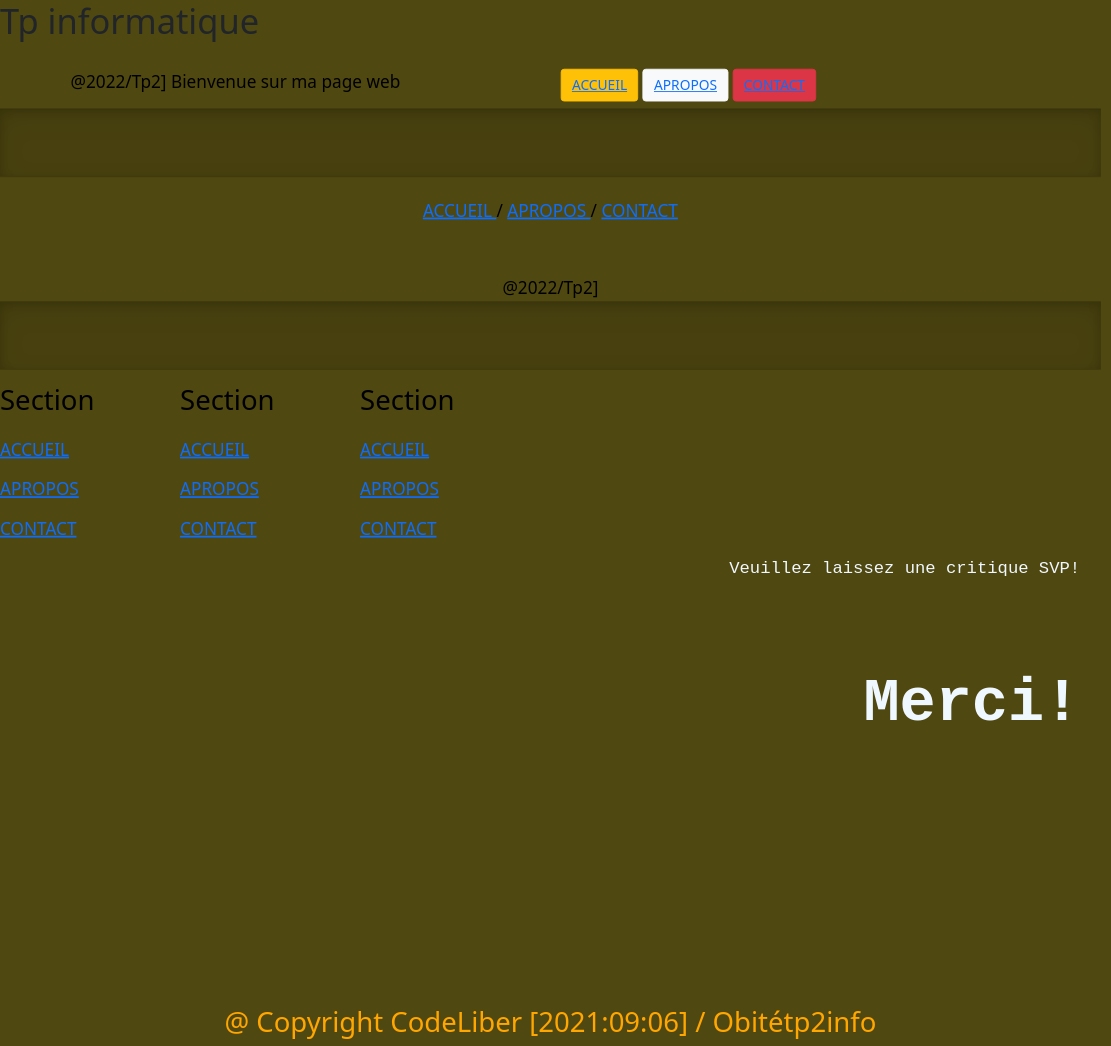
Repository: zezesylvain/cours-l3-info-2023-2024
Page: k.obite/Tp 2/Tp2/Index.html
An editor plug-in stored every save of this project. The page is shown before and after a run of saves, followed by the edit.
The browser window is 1280 px wide. The page is 1292 px wide, so the pictures cover 1292 px, including what lies to the right of the window. The pictures show the part of the page from y = 200 to 1446 px (the page is 1416 px tall before and 1446 px after), at 86% of full size.

Above is the page before, as saved 2021-12-15 11:20:14.

### k.obite/Tp 2/Tp2/Index.html
<!doctype html>
<html lang="en">
  <head>
    <!-- Required meta tags -->
    <meta charset="utf-8">
    <meta name="viewport" content="width=device-width, initial-scale=1">

    <!-- Bootstrap CSS -->
    <link href="https://cdn.jsdelivr.net/npm/bootstrap@5.1.3/dist/css/bootstrap.min.css" rel="stylesheet" integrity="sha384-1BmE4kWBq78iYhFldvKuhfTAU6auU8tT94WrHftjDbrCEXSU1oBoqyl2QvZ6jIW3" crossorigin="anonymous">
    <link rel="stylesheet" href="style.css">

    <title>Tp2, programmation, web</title>
  </head>

      <img  id="photo0" src="img10.png">
       <h1> Tp informatique </h1>


    <nav>

    </nav>

  <body>

 <br>


    <div class="container">
      <div class="row">
        <div class="col-md-6">
          <p>@2022/Tp2] Bienvenue sur ma page web</p>
        </div>
             <div class="col-md-6">
                <button type="button" class="btn btn-warning"> <a href="index.html"> ACCUEIL </a>  </button>
                <button type="button" class="btn btn-light"> <a href="about.html"> APROPOS </a> </button>
                <button type="button" class="btn btn-danger"> <a href="contact.html">  CONTACT </a></button>
             </div>
      </div>
    </div>

    <div id="vide"> </div>

<br>


    <div class="container">
       <div class="row"> <br>

<br>
<br>
         <div  class="col-md-12" id="fichier11">
           <a href="index.html"> ACCUEIL </a> /
           <a href="about.html"> APROPOS </a> /
           <a href="contact.html">  CONTACT </a>
         </div>
         <div id="deco" class="col-md-12">
            @2022/Tp2]
         </div>
        </div>
      </div>


     <div id="vide"> </div>

      <div class="row">

    <br>

         <div class="row">

         <p  class="col-md-6" id="fichier111">

           <div class="row">
          <h2 class="col-md-2"> Section </h2>
          <h2 class="col-md-2"> Section </h2>
          <h2 class="col-md-2"> Section </h2>

        </div>
        </p>

         <p class="row">

          <a class="col-md-2" href="index.html"> ACCUEIL  </a>
         <a  class="col-md-2" href="Index.html"> ACCUEIL </a>
         <a class="col-md-2" href="Index.html"> ACCUEIL </a>
         </p>

         <p class="row">

         <a class="col-md-2" href="about.html">  APROPOS  </a>
         <a class="col-md-2" href="Index.html"> APROPOS </a>
         <a class="col-md-2" href="Index.html"> APROPOS </a>
         </p>

         <p class="row">

         <a class="col-md-2" href="contact.html"> CONTACT  </a>
         <a class="col-md-2" href="Index.html"> CONTACT </a>
         <a class="col-md-2" href="Index.html"> CONTACT </a>
         </p>

         <p id="deco2" class="col-md-12"> Veuillez laissez une critique SVP!
           <br>
           <br>
           <br>
           <br>

          <b id="merci"> Merci!</b>

        </p>

         </p>


     <br>
     <br>
     <br>


        </div>

        </div>

        <br>
        <br>
        <br>
        <br>
        <br>
        <br>
        <br>
        <br>


        <footer>
          <h2 id="copy"> @ Copyright CodeLiber [2021:09:06] / Obitétp2info </h2>
       </footer>






    <!-- Optional JavaScript; choose one of the two! -->

    <!-- Option 1: Bootstrap Bundle with Popper -->
    <script src="https://cdn.jsdelivr.net/npm/bootstrap@5.1.3/dist/js/bootstrap.bundle.min.js" integrity="sha384-ka7Sk0Gln4gmtz2MlQnikT1wXgYsOg+OMhuP+IlRH9sENBO0LRn5q+8nbTov4+1p" crossorigin="anonymous"></script>

    <!-- Option 2: Separate Popper and Bootstrap JS -->
    <!--
    <script src="https://cdn.jsdelivr.net/npm/@popperjs/core@2.10.2/dist/umd/popper.min.js" integrity="sha384-7+zCNj/IqJ95wo16oMtfsKbZ9ccEh31eOz1HGyDuCQ6wgnyJNSYdrPa03rtR1zdB" crossorigin="anonymous"></script>
    <script src="https://cdn.jsdelivr.net/npm/bootstrap@5.1.3/dist/js/bootstrap.min.js" integrity="sha384-QJHtvGhmr9XOIpI6YVutG+2QOK9T+ZnN4kzFN1RtK3zEFEIsxhlmWl5/YESvpZ13" crossorigin="anonymous"></script>
    -->
  </body>
</html>

### k.obite/Tp 2/Tp2/style.css

#copy{

    color: rgb(255, 166, 00);
    text-align: center;
}

body{

    background-color:rgb(80, 72, 17)

}




#photo0{

    width: 100%;
    height: 200px;

}



#fichier1{

    font-size: 40px;
    text-align: right;
    color: aliceblue

}

div{


    border: 2px;
    text-align: left;
    font-size: 20px;
    color: black;

}

#vide{

    height: 5rem;
    background-color: rgba(0, 0, 0, 0.1);
    border: solid rgba(0, 0, 0, 0.15);
    border-width: 1px 0;
    box-shadow: inset 0 .5em 1.5em rgba(0, 0, 0, .1), inset 0 .125em .5em rgba(0, 0, 0, .15);
}

#deco{

    text-align: center;
}

#fichier11{

    text-align: center;
}

#deco2{

    color:aliceblue;
    font-family: 'Courier New', Courier, monospace;
    text-align: right;
}

#merci{
    font-size: 70px;
}

#msg{



}

After the next 3 saves:
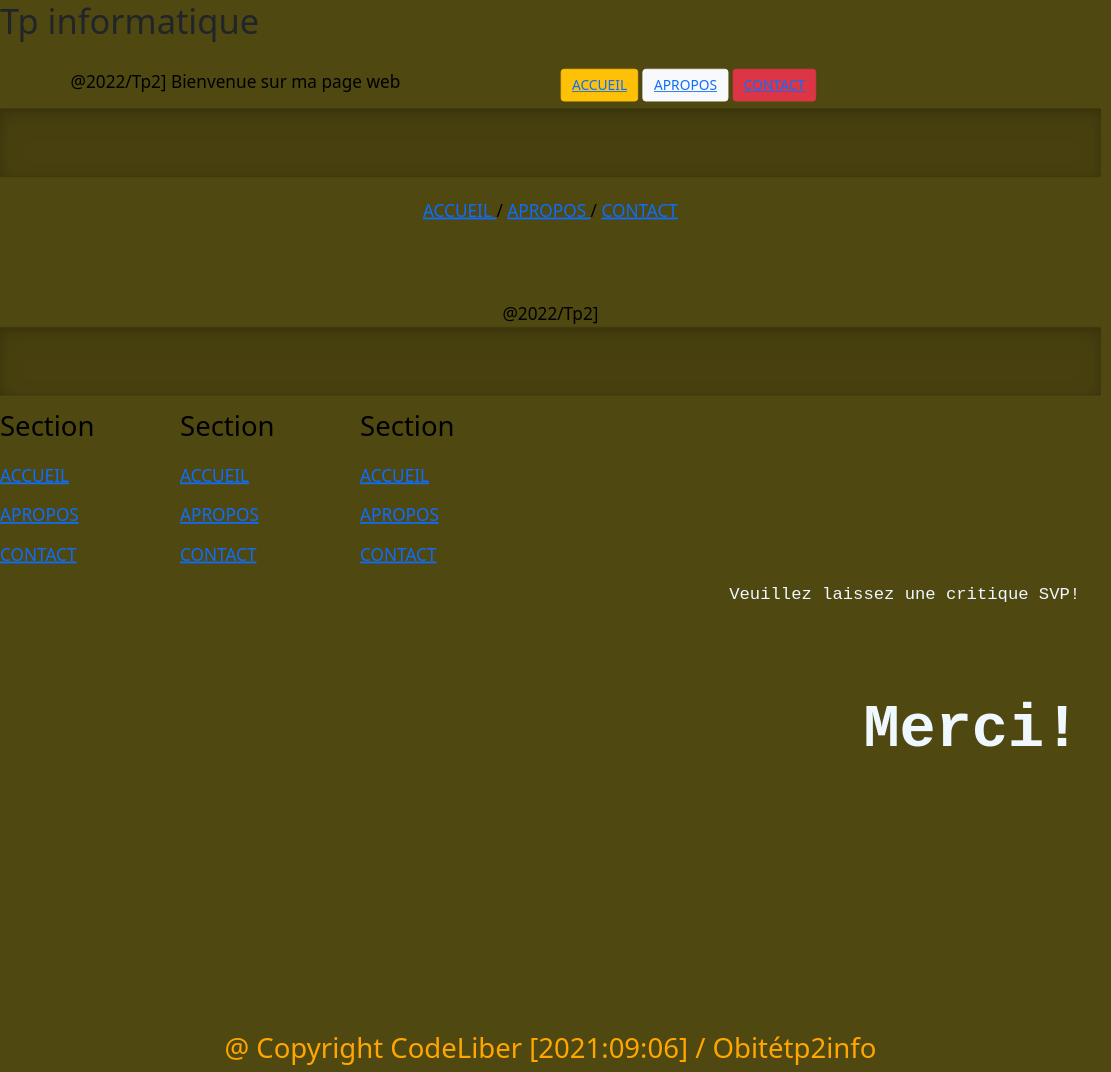
The 3 saves are shown as one change because they came seconds apart.
The last was saved 9 s later.
--- a/k.obite/Tp 2/Tp2/Index.html
+++ b/k.obite/Tp 2/Tp2/Index.html
@@ -44,7 +44,7 @@
 
 
     <div class="container">
-       <div class="row"> <br>
+       <div class="row"> <br> <br>
 
 <br>
 <br>
